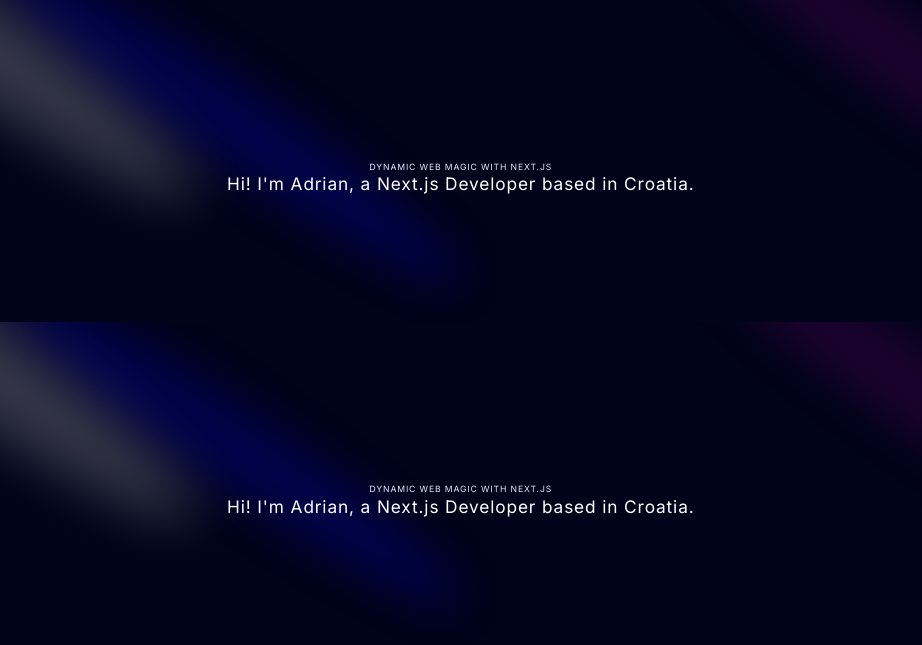
Repository: iharshitjaiswal/next_portfolio
Page: /
The author's editor kept a copy of each file at every save. The page is drawn from the files as they stood at one save, then again after the next save.
The browser window is 1280 px wide. The pictures show the whole page, at 72% of full size.
The project was rebuilt for these pictures with package versions that can differ from the ones it lists, and the page was loaded fresh each time. The framework's server and built-in components were replaced by stand-ins that run in the browser. Also part of the build but not shown: next.config.mjs.

Above is the page before, as saved 2024-05-22 18:26:09.

### app/layout.tsx
import type { Metadata } from "next";
import { Inter } from "next/font/google";
import React from "react";
import "./globals.css";
import { ThemeProvider } from "./theme-provider";

const inter = Inter({ subsets: ["latin"] });

export const metadata: Metadata = {
  title: "Harshit's Portfolio",
  description: "Modern & Minimalist Next Portfolio",
};

export default function RootLayout({
  children,
}: Readonly<{
  children: React.ReactNode;
}>) {
  return (
    <html lang="en">
      <body className={inter.className}>
        {children}
        <ThemeProvider
          attribute="class"
          defaultTheme="dark"
          enableSystem
          disableTransitionOnChange
        >
          {children}
        </ThemeProvider>
      </body>
    </html>
  );
}

### app/page.tsx
import Hero from "@/components/Hero";
import React from "react";

export default function Home() {
  return (
    <main className="relative bg-black-100 flex justify-center text-white items-center flex-col overflow-hidden mx-auto sm:px-10 px-5">
      <div className="mx-w-7xl w-full">
        <Hero />
      </div>
    </main>
  );
}

### components/Hero.tsx
import React from "react";
import { Spotlight } from "./ui/Spotlight";

const Hero = () => {
  return (
    <div className="pb-20 pt-36">
      <div>
        <Spotlight
          className="-top-40 -left-10 md:-left-32 md:-top-20 h-screen"
          fill="white"
        />
        <Spotlight
          className="top-10 left-full h-[80vh] w-[50vw]"
          fill="purple"
        />
        <Spotlight className="top-28 left-80 h-[80vh] w-[50vw]" fill="blue" />
      </div>
      <div className="flex justify-center relative my-20 z-10">
        <div className="max-w-[89vw] md:max-w-2xl lg:max-w-[60vw] flex flex-col items-center justify-center">
          <p className="uppercase tracking-widest text-xs text-center text-blue-100 max-w-80">
            Dynamic Web Magic with Next.js
          </p>

          <p className="text-center md:tracking-wider mb-4 text-sm md:text-lg lg:text-2xl">
            Hi! I&apos;m Adrian, a Next.js Developer based in Croatia.
          </p>
        </div>
      </div>
    </div>
  );
};

export default Hero;

### components/ui/Spotlight.tsx
import React from "react";
import { cn } from "@/utils/cn";

type SpotlightProps = {
  className?: string;
  fill?: string;
};

export const Spotlight = ({ className, fill }: SpotlightProps) => {
  return (
    <svg
      className={cn(
        "animate-spotlight pointer-events-none absolute z-[1]  h-[169%] w-[138%] lg:w-[84%] opacity-0",
        className
      )}
      xmlns="http://www.w3.org/2000/svg"
      viewBox="0 0 3787 2842"
      fill="none"
    >
      <g filter="url(#filter)">
        <ellipse
          cx="1924.71"
          cy="273.501"
          rx="1924.71"
          ry="273.501"
          transform="matrix(-0.822377 -0.568943 -0.568943 0.822377 3631.88 2291.09)"
          fill={fill || "white"}
          fillOpacity="0.21"
        ></ellipse>
      </g>
      <defs>
        <filter
          id="filter"
          x="0.860352"
          y="0.838989"
          width="3785.16"
          height="2840.26"
          filterUnits="userSpaceOnUse"
          colorInterpolationFilters="sRGB"
        >
          <feFlood floodOpacity="0" result="BackgroundImageFix"></feFlood>
          <feBlend
            mode="normal"
            in="SourceGraphic"
            in2="BackgroundImageFix"
            result="shape"
          ></feBlend>
          <feGaussianBlur
            stdDeviation="151"
            result="effect1_foregroundBlur_1065_8"
          ></feGaussianBlur>
        </filter>
      </defs>
    </svg>
  );
};

### tailwind.config.ts
import type { Config } from "tailwindcss";
const  svgToDataUri = require("mini-svg-data-uri");
const {
  default: flattenColorPalette,
} = require("tailwindcss/lib/util/flattenColorPalette");

const config = {
  darkMode: ["class"],
  content: [
    "./pages/**/*.{ts,tsx}",
    "./components/**/*.{ts,tsx}",
    "./app/**/*.{ts,tsx}",
    "./src/**/*.{ts,tsx}",
    "./data/**/*.{ts,tsx}",
  ],
  prefix: "",
  theme: {
    container: {
      center: true,
      padding: "2rem",
      screens: {
        "2xl": "1400px",
      },
    },
    extend: {
      colors: {
        black: {
          DEFAULT: "#000",
          100: "#000319",
          200: "rgba(17, 25, 40, 0.75)",
          300: "rgba(255, 255, 255, 0.125)",
        },
        white: {
          DEFAULT: "#FFF",
          100: "#BEC1DD",
          200: "#C1C2D3",
        },
        blue: {
          100: "#E4ECFF",
        },
        purple: "#CBACF9",
        border: "hsl(var(--border))",
        input: "hsl(var(--input))",
        ring: "hsl(var(--ring))",
        background: "hsl(var(--background))",
        foreground: "hsl(var(--foreground))",
        primary: {
          DEFAULT: "hsl(var(--primary))",
          foreground: "hsl(var(--primary-foreground))",
        },
        secondary: {
          DEFAULT: "hsl(var(--secondary))",
          foreground: "hsl(var(--secondary-foreground))",
        },
        destructive: {
          DEFAULT: "hsl(var(--destructive))",
          foreground: "hsl(var(--destructive-foreground))",
        },
        muted: {
          DEFAULT: "hsl(var(--muted))",
          foreground: "hsl(var(--muted-foreground))",
        },
        accent: {
          DEFAULT: "hsl(var(--accent))",
          foreground: "hsl(var(--accent-foreground))",
        },
        popover: {
          DEFAULT: "hsl(var(--popover))",
          foreground: "hsl(var(--popover-foreground))",
        },
        card: {
          DEFAULT: "hsl(var(--card))",
          foreground: "hsl(var(--card-foreground))",
        },
      },
      borderRadius: {
        lg: "var(--radius)",
        md: "calc(var(--radius) - 2px)",
        sm: "calc(var(--radius) - 4px)",
      },
      keyframes: {
        "accordion-down": {
          from: { height: "0" },
          to: { height: "var(--radix-accordion-content-height)" },
        },
        "accordion-up": {
          from: { height: "var(--radix-accordion-content-height)" },
          to: { height: "0" },
        },
        spotlight: {
          "0%": {
            opacity: "0",
            transform: "translate(-72%, -62%) scale(0.5)",
          },
          "100%": {
            opacity: "1",
            transform: "translate(-50%,-40%) scale(1)",
          },
        },
        shimmer: {
          from: {
            backgroundPosition: "0 0",
          },
          to: {
            backgroundPosition: "-200% 0",
          },
        },
        moveHorizontal: {
          "0%": {
            transform: "translateX(-50%) translateY(-10%)",
          },
          "50%": {
            transform: "translateX(50%) translateY(10%)",
          },
          "100%": {
            transform: "translateX(-50%) translateY(-10%)",
          },
        },
        moveInCircle: {
          "0%": {
            transform: "rotate(0deg)",
          },
          "50%": {
            transform: "rotate(180deg)",
          },
          "100%": {
            transform: "rotate(360deg)",
          },
        },
        moveVertical: {
          "0%": {
            transform: "translateY(-50%)",
          },
          "50%": {
            transform: "translateY(50%)",
          },
          "100%": {
            transform: "translateY(-50%)",
          },
        },
        scroll: {
          to: {
            transform: "translate(calc(-50% - 0.5rem))",
          },
        },
      },
      animation: {
        "accordion-down": "accordion-down 0.2s ease-out",
        "accordion-up": "accordion-up 0.2s ease-out",
        spotlight: "spotlight 2s ease .75s 1 forwards",
        shimmer: "shimmer 2s linear infinite",
        first: "moveVertical 30s ease infinite",
        second: "moveInCircle 20s reverse infinite",
        third: "moveInCircle 40s linear infinite",
        fourth: "moveHorizontal 40s ease infinite",
        fifth: "moveInCircle 20s ease infinite",
        scroll:
          "scroll var(--animation-duration, 40s) var(--animation-direction, forwards) linear infinite",
      },
    },
  },
  plugins: [
    require("tailwindcss-animate"),
    addVariablesForColors,
    function ({ matchUtilities, theme }: any) {
      matchUtilities(
        {
          "bg-grid": (value: any) => ({
            backgroundImage: `url("${svgToDataUri(
              `<svg xmlns="http://www.w3.org/2000/svg" viewBox="0 0 32 32" width="100" height="100" fill="none" stroke="${value}"><path d="M0 .5H31.5V32"/></svg>`
            )}")`,
          }),
          "bg-grid-small": (value: any) => ({
            backgroundImage: `url("${svgToDataUri(
              `<svg xmlns="http://www.w3.org/2000/svg" viewBox="0 0 32 32" width="8" height="8" fill="none" stroke="${value}"><path d="M0 .5H31.5V32"/></svg>`
            )}")`,
          }),
          "bg-dot": (value: any) => ({
            backgroundImage: `url("${svgToDataUri(
              `<svg xmlns="http://www.w3.org/2000/svg" viewBox="0 0 32 32" width="16" height="16" fill="none"><circle fill="${value}" id="pattern-circle" cx="10" cy="10" r="1.6257413380501518"></circle></svg>`
            )}")`,
          }),
        },
        { values: flattenColorPalette(theme("backgroundColor")), type: "color" }
      );
    },
  ],
};
function addVariablesForColors({ addBase, theme }: any) {
  let allColors = flattenColorPalette(theme("colors"));
  let newVars = Object.fromEntries(
    Object.entries(allColors).map(([key, val]) => [`--${key}`, val])
  );

  addBase({
    ":root": newVars,
  });
}

export default config;

Loaded but not shown: app/globals.css (common file); app/theme-provider.tsx (common file); utils/cn.ts (common file)

After the next save:
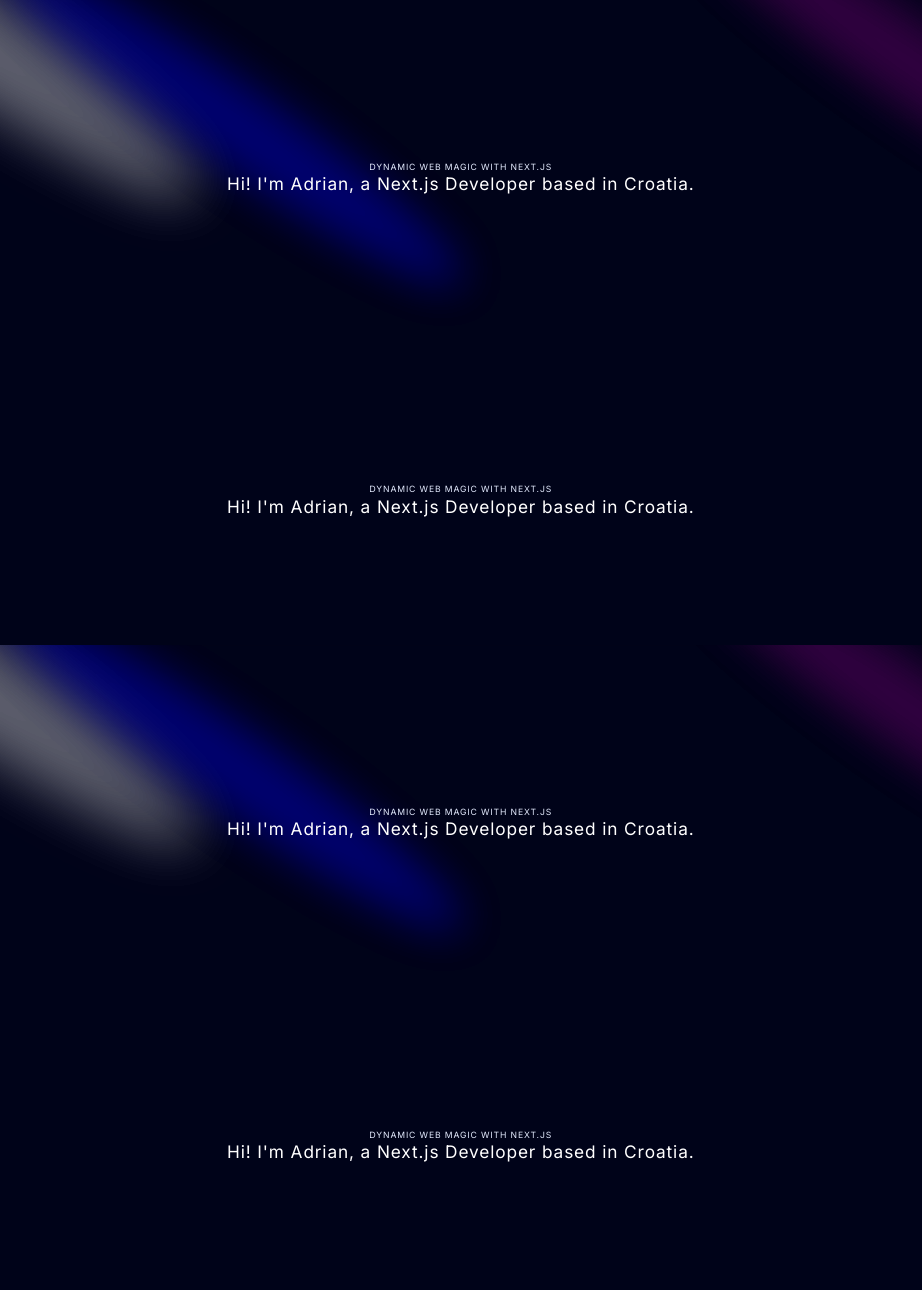
Saved 4 min 34 s later.
--- a/app/page.tsx
+++ b/app/page.tsx
@@ -6,6 +6,7 @@
     <main className="relative bg-black-100 flex justify-center text-white items-center flex-col overflow-hidden mx-auto sm:px-10 px-5">
       <div className="mx-w-7xl w-full">
         <Hero />
+        <Hero />
       </div>
     </main>
   );

After the save that followed:
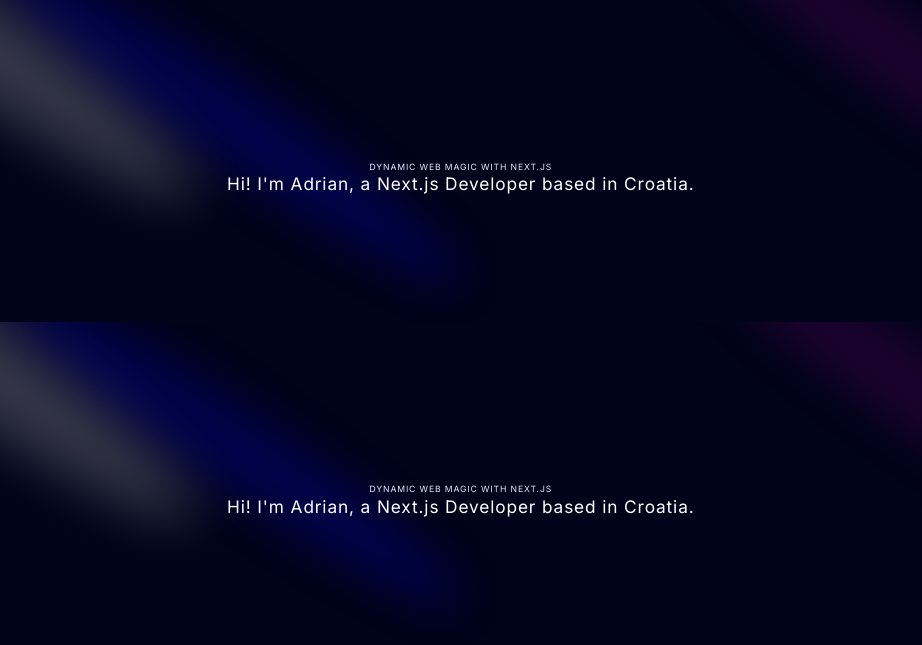
Saved 51 s later.
--- a/app/page.tsx
+++ b/app/page.tsx
@@ -6,7 +6,6 @@
     <main className="relative bg-black-100 flex justify-center text-white items-center flex-col overflow-hidden mx-auto sm:px-10 px-5">
       <div className="mx-w-7xl w-full">
         <Hero />
-        <Hero />
       </div>
     </main>
   );
